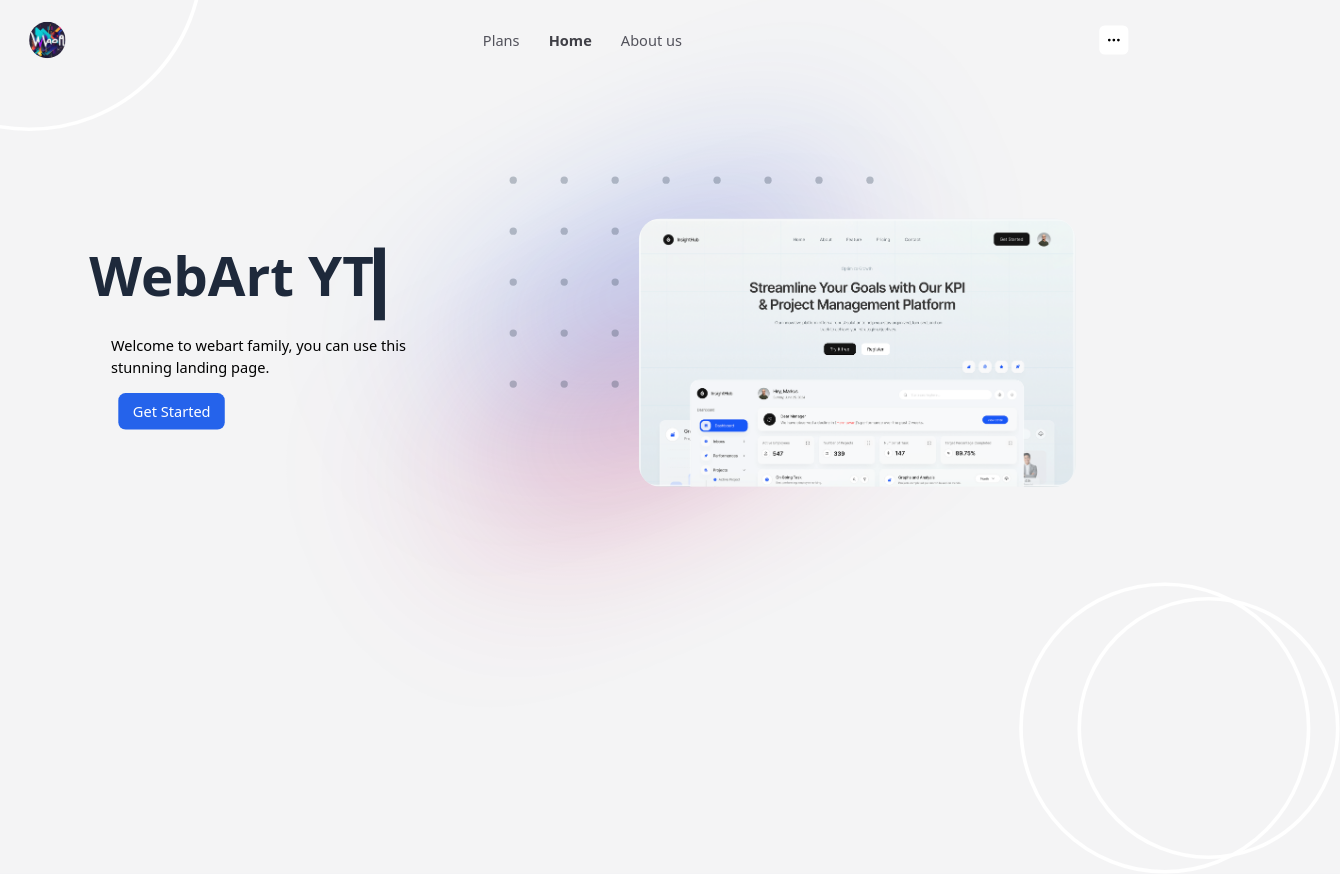
Repository: 30namp/youtube-web-art-code
Page: stunning landing page 1/index.html
An editor plug-in stored every save of this project. The page is shown before and after the next save, followed by the edit.
The browser window is 1280 px wide. The page is 1472 px wide, so the pictures cover 1472 px, including what lies to the right of the window. The pictures show the whole page, at 91% of full size.

Above is the page before, as saved 2024-09-26 21:34:23.

After the next save:
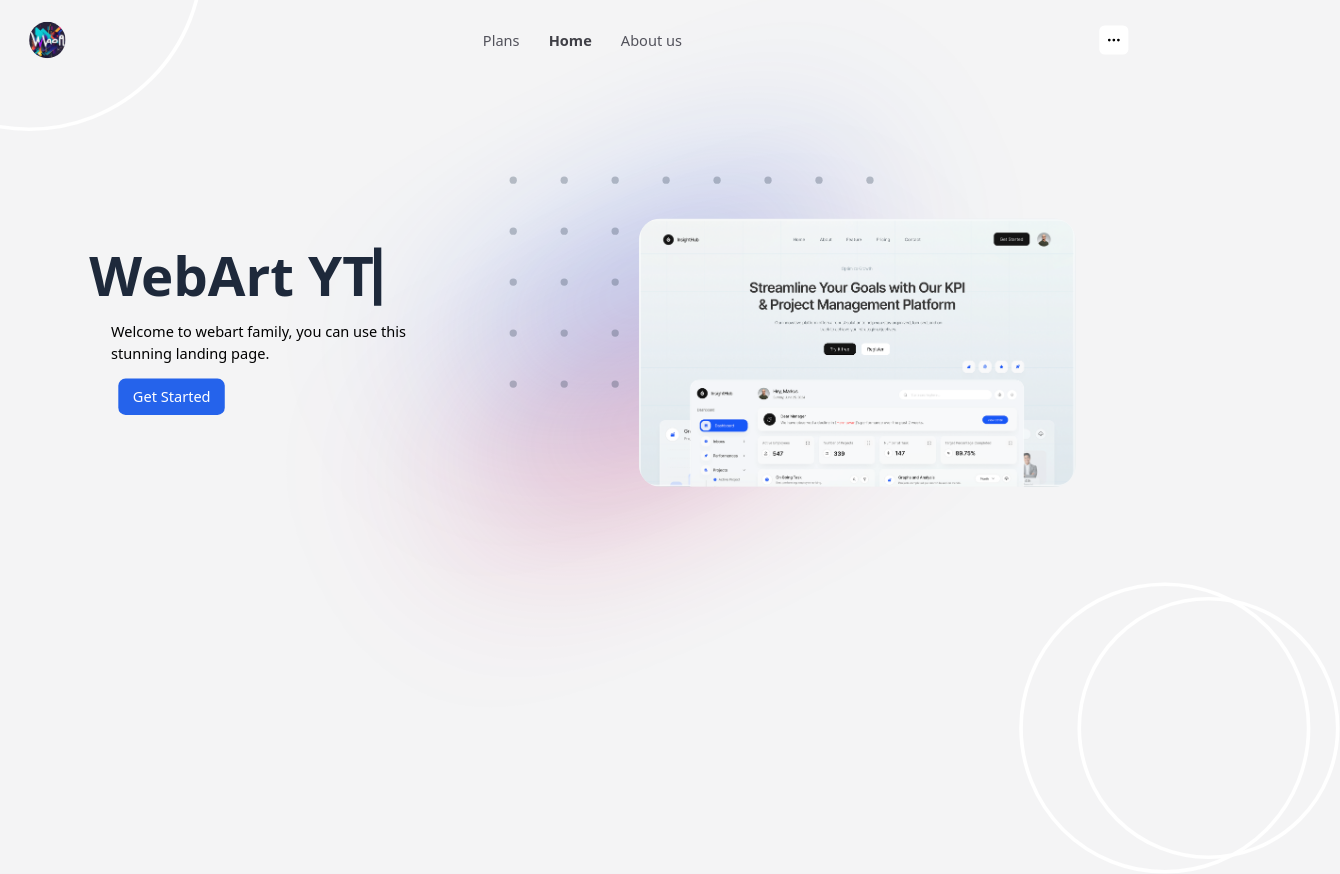
Saved 8 s later.
--- a/stunning landing page 1/index.html
+++ b/stunning landing page 1/index.html
@@ -103,7 +103,7 @@
       <div class="content flex flex-col items-start gap-4 pt-8">
         <div class="text-6xl font-bold text-slate-800 flex">
           <h1>WebArt YT</h1>
-          <div class="h-20 w-3 bg-slate-800"></div>
+          <div class="h-16 w-2 bg-slate-800"></div>
         </div>
         <p class="description w-96 ml-6">
           Welcome to webart family, you can use this stunning landing page.
